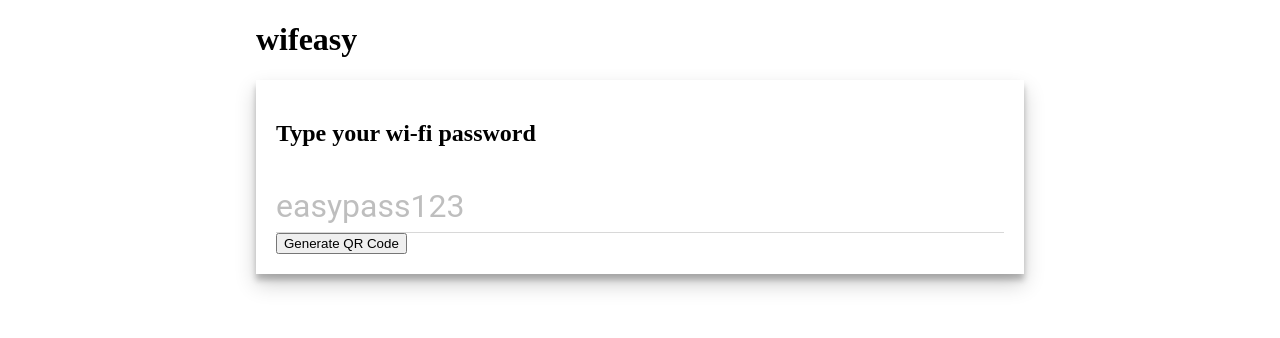
Repository: akagabi/wifeasy
Page: index.html
The author's editor kept a copy of each file at every save. The page is drawn from the files as they stood at one save, then again after a run of saves.
The browser window is 1280 px wide. The pictures show the whole page.

Above is the page before, as saved 2018-12-25 12:51:00.

After the next 2 saves:
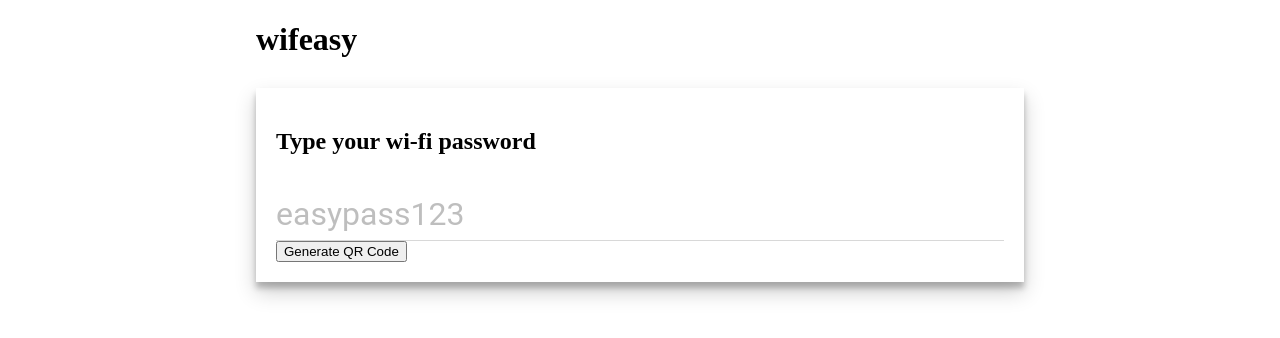
The 2 saves are shown as one change because they came seconds apart.
The last was saved 15 s later.
--- a/style.css
+++ b/style.css
@@ -1,6 +1,10 @@
 .wrapper {
     margin: 0 auto;
     max-width: 768px;
+}
+
+.header__title {
+    margin-bottom: 30px;
 }
 
 .input__wrapper {
